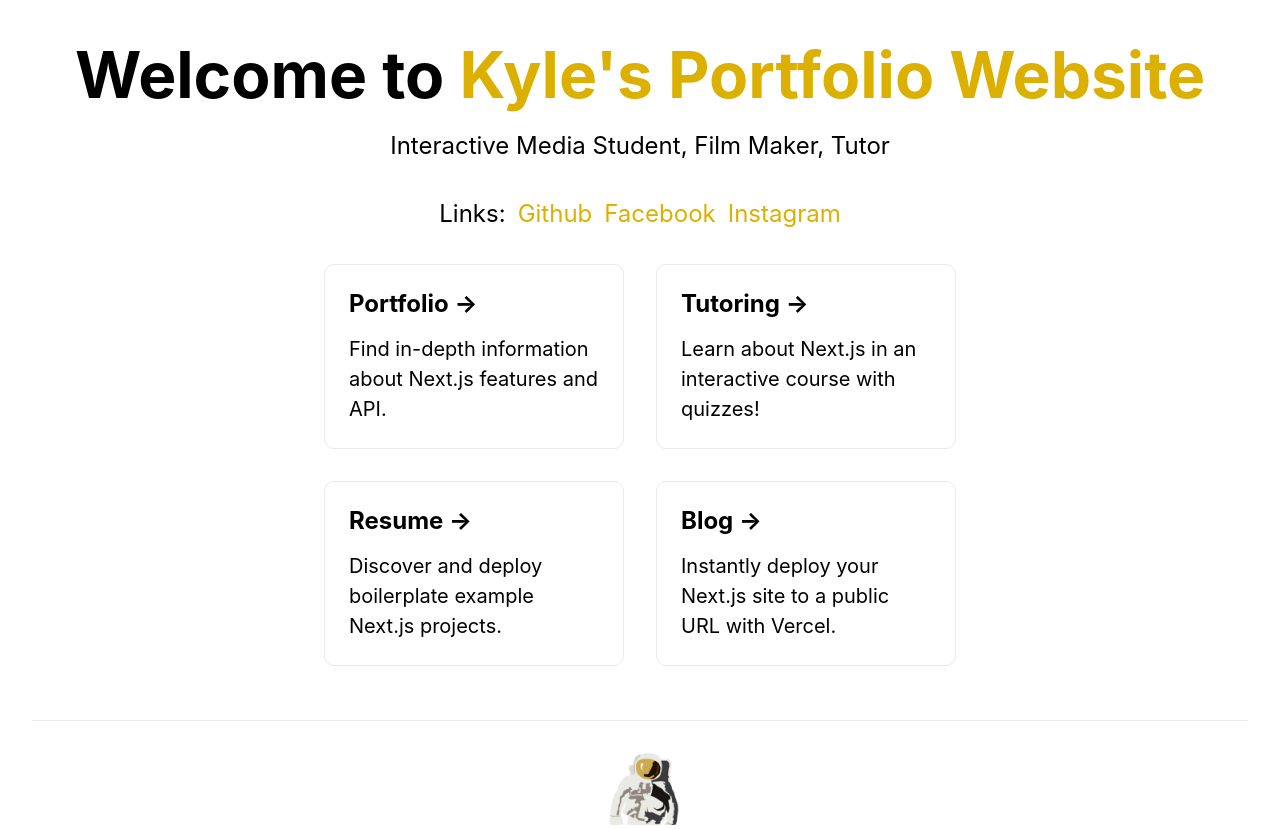
Repository: neomort/CL-portfolio-site
Page: /
These files come from the project's save history. The page is drawn as it stood at one moment and after the next save; the edit follows.
The browser window is 1280 px wide. The pictures show the whole page.
The project was rebuilt for these pictures with package versions that can differ from the ones it lists, and the page was loaded fresh each time. The framework's server and built-in components were replaced by stand-ins that run in the browser. Also part of the build but not shown: next.config.js.

Above is the page before, as saved 2021-12-14 14:33:58.

After the next save:
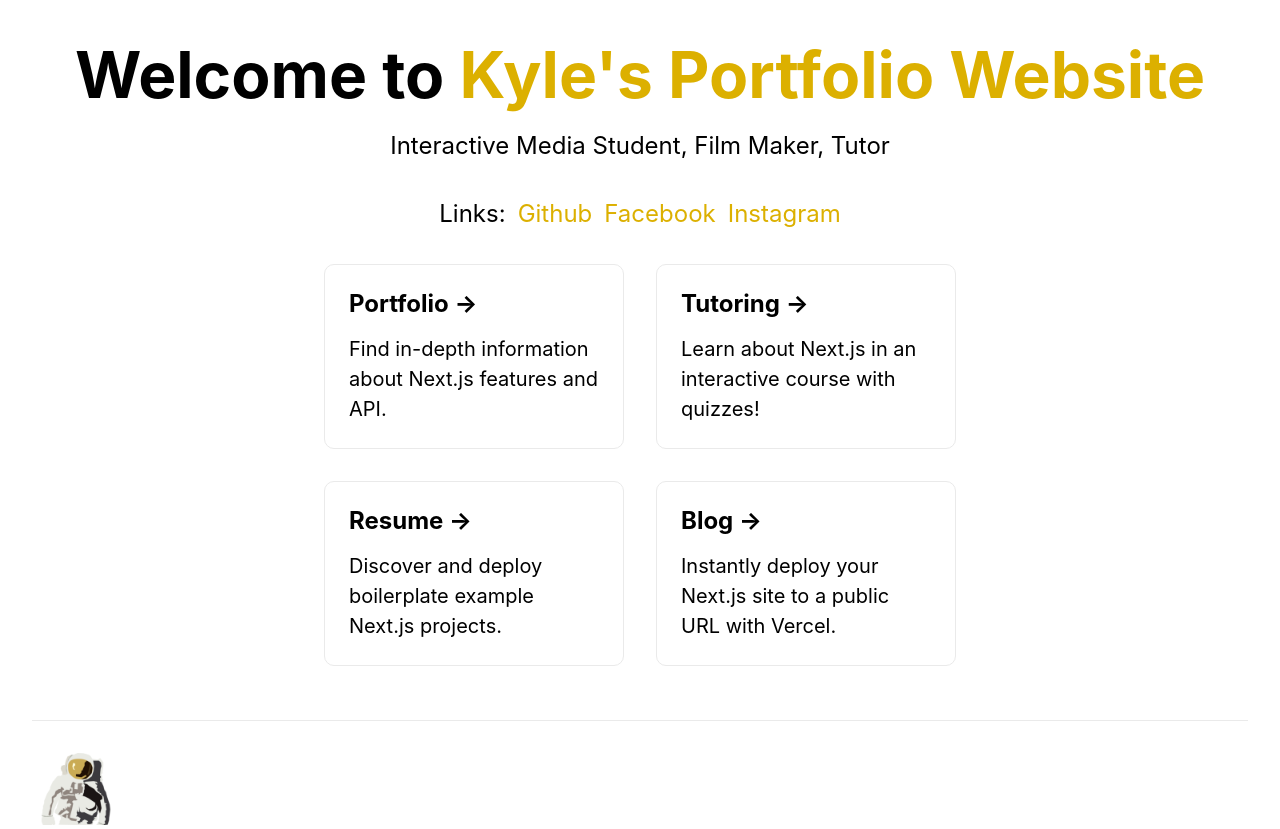
Saved 40 s later.
--- a/styles/Home.module.css
+++ b/styles/Home.module.css
@@ -23,8 +23,8 @@
 
 .footer a {
   display: flex;
-  justify-content: center;
-  align-items: center;
+  justify-content: left;
+  align-items: left;
   flex-grow: 1;
 }
 

After the save that followed:
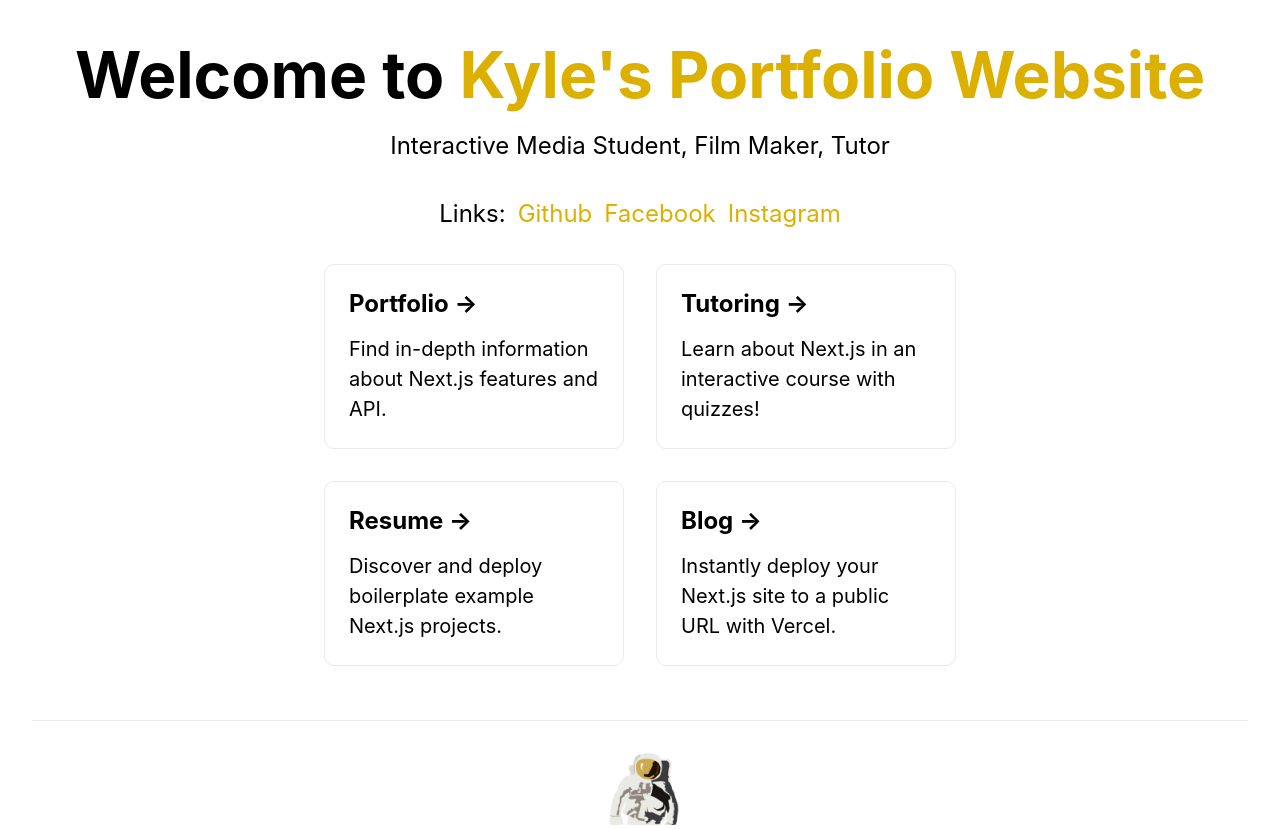
Saved 14 s later.
--- a/styles/Home.module.css
+++ b/styles/Home.module.css
@@ -23,7 +23,7 @@
 
 .footer a {
   display: flex;
-  justify-content: left;
+  justify-content: center;
   align-items: left;
   flex-grow: 1;
 }
